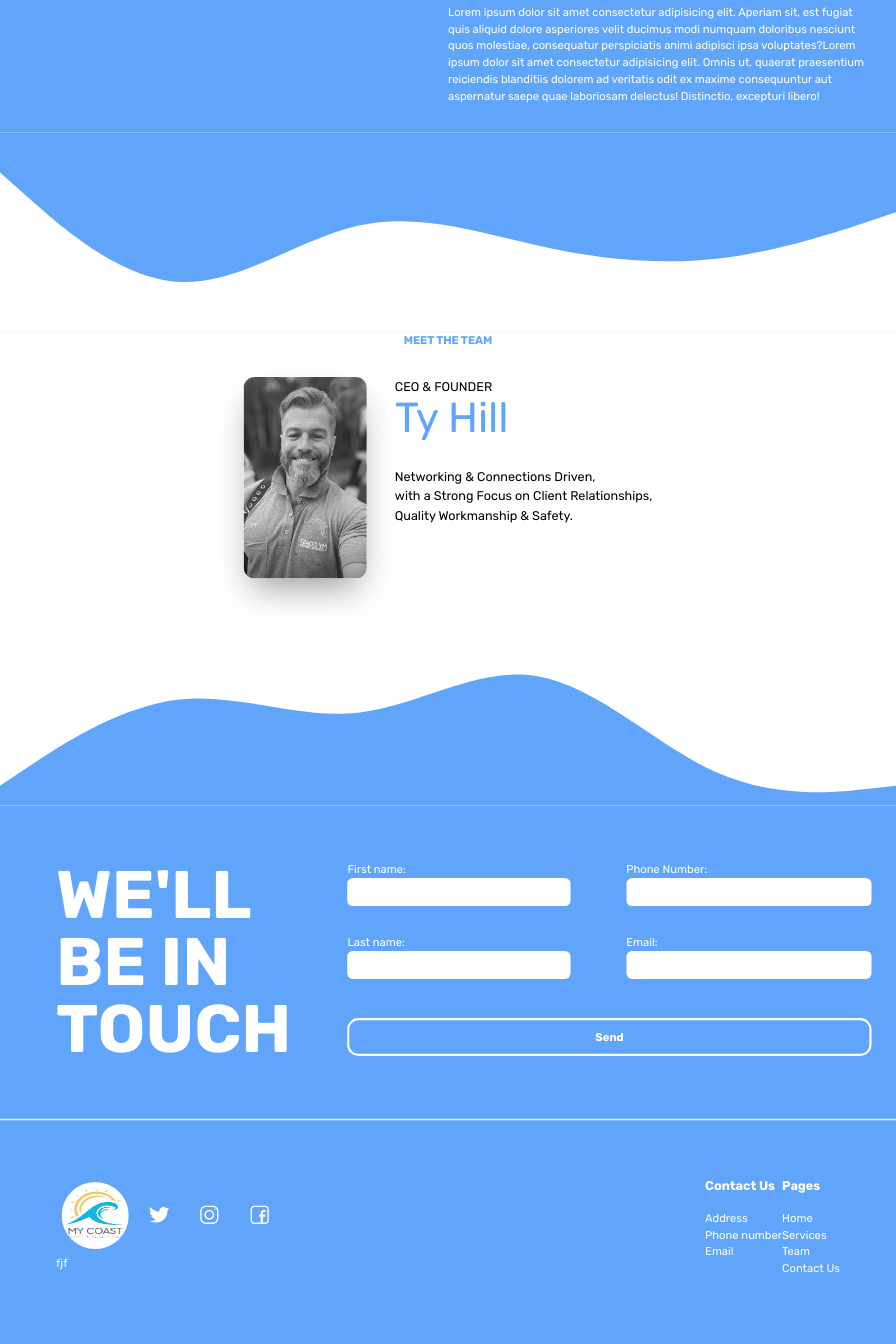
Repository: Jace-Kington/mce-website
Page: /
These files come from the project's save history. The page is drawn as it stood at one moment and after the next save; the edit follows.
The browser window is 1280 px wide. The pictures show the part of the page from y = 959 to 2879 px (the page is 2879 px tall), at 70% of full size.
The project was rebuilt for these pictures with package versions that can differ from the ones it lists, and the page was loaded fresh each time. The framework's server and built-in components were replaced by stand-ins that run in the browser. Also part of the build but not shown: next.config.js.

Above is the page before, as saved 2022-11-12 13:25:49.

### pages/index.js

import Navbar from '../components/Navbar'
import Services from '../components/Services'
import MeetUs from '../components/Meet-us'
import ContactUs from '../components/ContactUs'
import Footer from '../components/Footer'

export default function Home() {
  return (
    <div>
      <head>
        <link rel="preconnect" href="https://fonts.googleapis.com"/>
        <link rel="preconnect" href="https://fonts.gstatic.com" crossorigin/>
        <link href="https://fonts.googleapis.com/css2?family=Rubik:ital,wght@0,400;0,500;0,700;0,900;1,800;1,900&display=swap" rel="stylesheet"/>
        <meta name="viewport" content="width=device-width, initial-scale=1.0" />
      </head>
      <Navbar/>
      <Services/>
      <MeetUs/>
      <ContactUs/>
      <Footer/>
    </div>
  )
}

### styles/globals.css
@tailwind base;
@tailwind components;
@tailwind utilities;

* {
  font-family: 'Rubik';
}

### components/Navbar.jsx
import React from 'react'
import Image from 'next/image'
import image_2 from '../assets/logo-1.png'

const Navbar = () => {
  return (
    <div className=''>
      <head>
      </head>
      <div className='flex justify-between items-center ml-5 mr-5'>
        <Image alt = "" src={image_2} className='rounded-full p-2 h-28 w-28' />

        <div className='flex gap-10 items-center'>
          <a className='hover:text-blue-400 transition ease-in' href='#services-section'>
            Services
          </a>

          <a className='hover:text-blue-400 transition ease-in ' href="#meet-us">
            Team
          </a>

          <div className=''>
            <a className='bg-blue-400 hover:bg-blue-500 transition ease-in rounded-2xl p-3' href="#contact-us">
              <span className='text-white'>Enquire Now</span>
            </a>
          </div>

        </div>
      </div>

      <div className='text-center text-blue-400 mt-12'>
        <div className='text-7xl'>
          The Best <strong>Trade Services</strong>
        </div>
        <div className='text-7xl'>
          On the Sunny Coast
        </div>

        <div className='outline-rounded mt-20 bg-white'>
          <a  style = {{'border-width': '2px', 'border-color': '#60a5fa'}} className='rounded-2xl hover:bg-blue-400 hover:text-white transition shadow-md shadow-blue-400 hover:shadow-lg hover:shadow-blue-400 p-5' href="#contact-us">
            Get Started
          </a>
        </div>
      </div>

      <svg xmlns="http://www.w3.org/2000/svg" viewBox="0 0 1440 320"><path fill="#60a5fa" fill-opacity="1" d="M0,192L48,186.7C96,181,192,171,288,160C384,149,480,139,576,144C672,149,768,171,864,197.3C960,224,1056,256,1152,261.3C1248,267,1344,245,1392,234.7L1440,224L1440,320L1392,320C1344,320,1248,320,1152,320C1056,320,960,320,864,320C768,320,672,320,576,320C480,320,384,320,288,320C192,320,96,320,48,320L0,320Z"></path></svg>
    </div>
  )
}

export default Navbar

### components/Services.tsx
import React from 'react'

const Services = () => {
  return (
    <div id = 'services-section' className = 'bg-blue-400'>
        <div className = 'text-white text-center font-semibold text-lg uppercase underline-offset-1'>Our Services</div>
        <div className = 'grid grid-cols-2 m-10'>
            <div className = ''>
                <div className = 'text-white text-6xl font-bold'>Commercial</div>
                <div className = 'text-white text-lg'>Lorem ipsum dolor sit, amet consectetur adipisicing elit. Eaque culpa at enim rem deleniti, doloribus veritatis iusto reiciendis totam cum aliquid tempore adipisci. </div>
            </div>
            <div className = ''>

            </div>
            <div>

            </div>
            <div>
                <div className = 'text-white text-6xl font-bold'>Residential</div>
                <div className = 'text-white'>Lorem ipsum dolor sit amet consectetur adipisicing elit. Aperiam sit, est fugiat quis aliquid dolore asperiores velit ducimus modi numquam doloribus nesciunt quos molestiae, consequatur perspiciatis animi adipisci ipsa voluptates?Lorem ipsum dolor sit amet consectetur adipisicing elit. Omnis ut, quaerat praesentium reiciendis blanditiis dolorem ad veritatis odit ex maxime consequuntur aut aspernatur saepe quae laboriosam delectus! Distinctio, excepturi libero!</div>
            </div>
        </div>
        <svg className = 'bg-white' xmlns="http://www.w3.org/2000/svg" viewBox="0 0 1440 320">
        <path fill="#60a5fa" fill-opacity="1" d="M0,64L48,106.7C96,149,192,235,288,240C384,245,480,171,576,149.3C672,128,768,160,864,181.3C960,203,1056,213,1152,202.7C1248,192,1344,160,1392,144L1440,128L1440,0L1392,0C1344,0,1248,0,1152,0C1056,0,960,0,864,0C768,0,672,0,576,0C480,0,384,0,288,0C192,0,96,0,48,0L0,0Z"></path>
        </svg>
    </div>
  )
}

export default Services

### components/Meet-us.tsx
import React from 'react'
import Image from 'next/image'
import image_2 from '../assets/ty-photo.png'


const MeetUs = () => {
  return (
    <div id = "meet-us" className = 'max-w-[100%]'>
        <div className = 'text-blue-400 uppercase font-semibold text-center'>Meet the Team</div>

        <div className = 'justify-center flex gap-10 m-10'>
            <div>
              <Image alt = "" className = 'rounded-2xl shadow-2xl shadow-blue-400 grayscale h-72 w-44' src = {image_2}/>
            </div>
            <div>
                <div className = 'uppercase text-lg'>CEO & Founder</div>
                <div className = 'text-6xl text-blue-400 pb-10'>Ty Hill</div>
                <div className = 'text-lg'>
                  <div className = ''>Networking & Connections Driven, </div>
                  <div>with a Strong Focus on Client Relationships,</div>
                  <div>Quality Workmanship & Safety.</div>
                </div>

            </div>
        </div>

        <svg xmlns="http://www.w3.org/2000/svg" viewBox="0 0 1440 320"><path fill="#60a5fa" fill-opacity="1" d="M0,288L48,256C96,224,192,160,288,149.3C384,139,480,181,576,170.7C672,160,768,96,864,112C960,128,1056,224,1152,266.7C1248,309,1344,299,1392,293.3L1440,288L1440,320L1392,320C1344,320,1248,320,1152,320C1056,320,960,320,864,320C768,320,672,320,576,320C480,320,384,320,288,320C192,320,96,320,48,320L0,320Z"></path></svg>
    </div>
  )
}

export default MeetUs

### components/ContactUs.jsx
import React, { useRef } from 'react'
import emailjs from '@emailjs/browser'
import { ToastContainer, toast } from 'react-toastify'
import 'react-toastify/dist/ReactToastify.css'

const ContactUs = () => {
  const toast_success = () => { toast('Email Sent!'); }
  const toast_fail = () => { toast('Error'); }

  const form = useRef();

  const sendEmail = (e) => {
    e.preventDefault();

    emailjs.sendForm('service_16oy9kb', 'template_p83nfjr', form.current, '7jHtCbxop4BW2nz9r')
      .then((result) => {
          console.log(result.text);
          toast_success();
      }, (error) => {
          console.log(error.text);
          toast_fail();
      });
  };

  return (
    <div id = "contact-us" className = 'bg-blue-400'>
        <div className = 'flex'>
          <div className = 'text-white uppercase font-semibold p-20 text-8xl'>
              <div>We&apos;ll</div>
              <div>Be In</div>
              <div>Touch</div>
          </div>
          <form ref = {form} onSubmit = {sendEmail} className = 'pt-20'>
            <div className = 'flex gap-20 '>
              <div className = 'flex flex-col gap-10'>
                <div>
                  <label className = 'text-white' for="fname">First name:</label>
                  <input className = 'rounded-lg p-2 outline-1 outline-white w-full' type="text" id="fname" name="fname"/>
                </div>
                <div>
                  <label className = 'text-white' for="lname">Last name:</label>
                  <input className = 'rounded-lg p-2 outline-1 outline-white w-full' type="text" id="lname" name="lname"/>
                </div>
              </div>
              <div>
              <div className = 'flex flex-col gap-10'>
                <div>
                  <label className = 'text-white' for="phonenumber">Phone Number:</label>
                  <input className = 'rounded-lg p-2 outline-1 outline-white w-full' type="text" id="phonenumber" name="phonenumber"/>
                </div>
                <div>
                  <label className = 'text-white' for="email">Email:</label>
                  <input className = 'rounded-lg p-2 outline-1 outline-white w-full' type="text" id="email" name="email"/>
                </div>
              </div>
              </div>
            </div>

            <div>
              <button style = {{'border-width': '3px', 'border-color': 'white'}} className = 'text-center w-full p-3 rounded-2xl font-semibold hover:text-blue-400 text-white transition ease-in bg-blue-400 hover:bg-white mt-14'>Send</button>
              <ToastContainer
  position="top-right"
  autoClose={5000}
  hideProgressBar={true}
  newestOnTop={false}
  closeOnClick
  rtl={false}
  pauseOnFocusLoss
  draggable
  pauseOnHover
  toastStyle = {{'background-color': 'rgb(34 197 94)', 'color': 'white', 'border-radius': '1rem', 'padding': '15px'}}
  />
            </div>
          </form>
        </div>
      </div>
  )
}

export default ContactUs

### components/Footer.tsx
import React from 'react'
import image_2 from '../assets/logo-1.png'
import Image from 'next/image'

const Footer = () => {
  return (
    <div className = 'border-t-2 border-gray pb-4 bg-blue-400'>
        <div className = 'flex justify-between text-white p-20'>
            <div className = ''>
                <div className = 'flex items-center gap-5'>
                <Image alt = "" src= {image_2} className = 'items-start rounded-full p-2 h-28 w-28'/>

                <div className = 'flex gap-10 text-white'>
                    <svg fill="#fff" xmlns="http://www.w3.org/2000/svg"  viewBox="0 0 16 16" width="32px" height="32px"><path d="M 15 3.296875 C 14.476563 3.523438 13.949219 3.691406 13.367188 3.746094 C 13.949219 3.410156 14.417969 2.84375 14.648438 2.226563 C 14.066406 2.5625 13.484375 2.789063 12.84375 2.902344 C 12.257813 2.339844 11.5 2 10.683594 2 C 9.109375 2 7.824219 3.242188 7.824219 4.765625 C 7.824219 4.988281 7.824219 5.214844 7.882813 5.386719 C 4.875 5.386719 2.8125 3.691406 1.414063 2 C 1.121094 2.394531 1.003906 2.902344 1.003906 3.410156 C 1.003906 4.367188 1.53125 5.214844 2.289063 5.722656 C 1.820313 5.667969 1.355469 5.554688 1.003906 5.386719 C 1.003906 5.386719 1.003906 5.386719 1.003906 5.441406 C 1.003906 6.796875 1.996094 7.921875 3.28125 8.148438 C 3.046875 8.203125 2.8125 8.261719 2.519531 8.261719 C 2.347656 8.261719 2.171875 8.261719 1.996094 8.207031 C 2.347656 9.335938 3.976563 10.632813 5.257813 10.632813 C 4.265625 11.363281 3.34375 12 1.5 12 C 1.265625 12 1.453125 12 1 12 C 2.28125 12.789063 3.800781 13 5.375 13 C 10.683594 13 13.542969 8.769531 13.542969 5.101563 C 13.542969 4.988281 13.542969 4.878906 13.542969 4.765625 C 14.125 4.367188 14.59375 3.863281 15 3.296875"/></svg>
                    <svg fill="#fff" xmlns="http://www.w3.org/2000/svg"  viewBox="0 0 16 16" width="32px" height="32px"><path d="M 4.773438 1 C 2.695313 1 1 2.695313 1 4.773438 L 1 10.230469 C 1 12.304688 2.695313 14 4.773438 14 L 10.230469 14 C 12.304688 14 14 12.304688 14 10.226563 L 14 4.773438 C 14 2.695313 12.304688 1 10.226563 1 Z M 4.773438 2 L 10.226563 2 C 11.765625 2 13 3.234375 13 4.773438 L 13 10.226563 C 13 11.765625 11.765625 13 10.230469 13 L 4.773438 13 C 3.234375 13 2 11.765625 2 10.230469 L 2 4.773438 C 2 3.234375 3.234375 2 4.773438 2 Z M 11.5 3 C 11.222656 3 11 3.222656 11 3.5 C 11 3.777344 11.222656 4 11.5 4 C 11.777344 4 12 3.777344 12 3.5 C 12 3.222656 11.777344 3 11.5 3 Z M 7.5 4 C 5.574219 4 4 5.574219 4 7.5 C 4 9.425781 5.574219 11 7.5 11 C 9.425781 11 11 9.425781 11 7.5 C 11 5.574219 9.425781 4 7.5 4 Z M 7.5 5 C 8.886719 5 10 6.113281 10 7.5 C 10 8.886719 8.886719 10 7.5 10 C 6.113281 10 5 8.886719 5 7.5 C 5 6.113281 6.113281 5 7.5 5 Z"/></svg>
                    <svg fill="#fff" xmlns="http://www.w3.org/2000/svg"  viewBox="0 0 16 16" width="32px" height="32px"><path d="M 3.5 1 C 2.1250151 1 1 2.1250151 1 3.5 L 1 11.5 C 1 12.874985 2.1250151 14 3.5 14 L 11.5 14 C 12.874985 14 14 12.874985 14 11.5 L 14 3.5 C 14 2.1250151 12.874985 1 11.5 1 L 3.5 1 z M 3.5 2 L 11.5 2 C 12.335015 2 13 2.6649849 13 3.5 L 13 11.5 C 13 12.335015 12.335015 13 11.5 13 L 9.9042969 13 L 9.9042969 8.9667969 L 11.300781 8.9667969 L 11.509766 7.3574219 L 9.9042969 7.3574219 L 9.9042969 6.3320312 C 9.9042969 5.8660312 10.034031 5.5488281 10.707031 5.5488281 L 11.566406 5.5488281 L 11.566406 4.109375 C 11.417406 4.089375 10.907453 4.046875 10.314453 4.046875 C 9.0764531 4.046875 8.2304688 4.795875 8.2304688 6.171875 L 8.2304688 7.3574219 L 7 7.3535156 L 7 8.9628906 L 8.2304688 8.9667969 L 8.2304688 13 L 3.5 13 C 2.6649849 13 2 12.335015 2 11.5 L 2 3.5 C 2 2.6649849 2.6649849 2 3.5 2 z"/></svg>
                </div>
                </div>


                <div className = ''>
                    <div>fjf</div>
                </div>
            </div>

            <div className='flex'>
                <div className = ''>
                    <div className = 'text-lg font-bold pb-5'>
                        Contact Us
                    </div>
                    <div>
                        Address
                    </div>
                    <div>
                        Phone number
                    </div>
                    <div>
                        Email
                    </div>
                </div>

                <div>
                    <div className = 'text-lg font-bold pb-5'>
                        Pages
                    </div>

                    <div>
                        Home
                    </div>
                    <div>
                        Services
                    </div>
                    <div>
                        Team
                    </div>
                    <div>
                        Contact Us
                    </div>
                </div>
            </div>
        </div>
    </div>
  )
}

export default Footer

Loaded but not shown: pages/_app.js (common file); tailwind.config.js (common file)

After the next save:
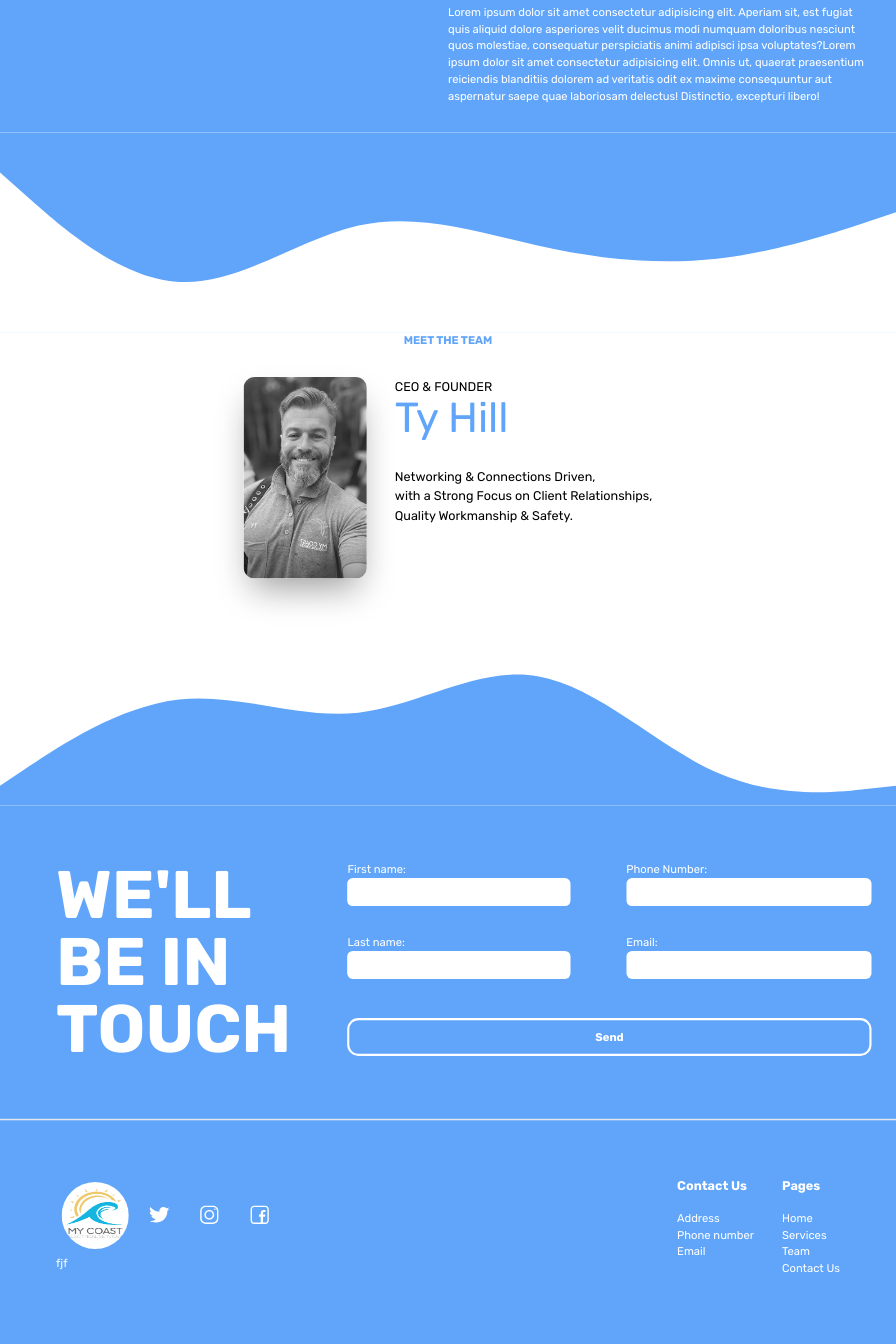
Saved 7 s later.
--- a/components/Footer.tsx
+++ b/components/Footer.tsx
@@ -23,7 +23,7 @@ const Footer = () => {
                 </div>
             </div>
 
-            <div className='flex'>
+            <div className='flex gap-10'>
                 <div className = ''>
                     <div className = 'text-lg font-bold pb-5'>
                         Contact Us
